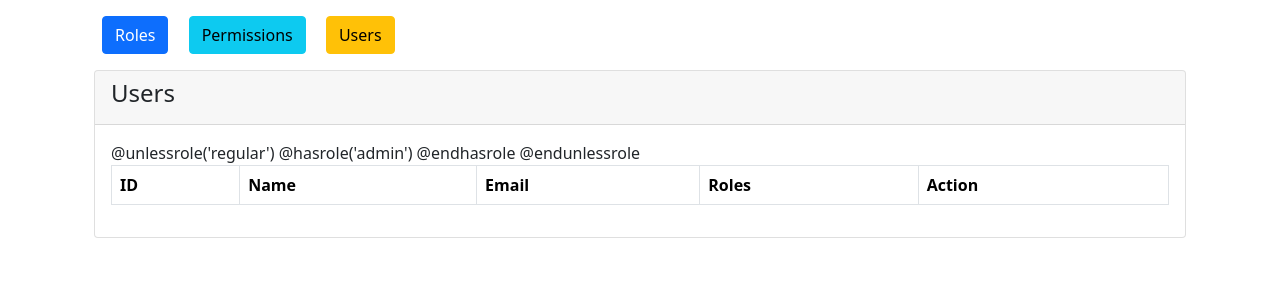
Repository: viisantos/permission_demo
Page: http://localhost/users
These files come from the project's save history. The page is drawn as it stood at one moment and after a run of saves; the edit follows.
The browser window is 1280 px wide. The pictures show the whole page.
The page is served by the project's Laravel application, run on PHP 8.4 with Laravel 10. Other server files are loaded and not shown. Queries for data that is not in the repository find no rows.

Above is the page before, as saved 2024-06-22 17:53:35.

### routes/web.php
<?php

use App\Http\Controllers\ProfileController;
use Illuminate\Support\Facades\Route;

/*
|--------------------------------------------------------------------------
| Web Routes
|--------------------------------------------------------------------------
|
| Here is where you can register web routes for your application. These
| routes are loaded by the RouteServiceProvider and all of them will
| be assigned to the "web" middleware group. Make something great!
|
*/

Route::get('/', function () {
    return view('welcome');
});

Route::get('/dashboard', function () {
    return view('dashboard');
})->middleware(['auth', 'verified'])->name('dashboard');

/*
Route::middleware('auth')->group(function () {

});*/

Route::group(['middleware' => ['role:super-admin|admin|regular']], function () {
    Route::get('/profile', [ProfileController::class, 'edit'])->name('profile.edit');
    Route::patch('/profile', [ProfileController::class, 'update'])->name('profile.update');
    Route::delete('/profile', [ProfileController::class, 'destroy'])->name('profile.destroy');
    Route::name('profile.destroy')->middleware('permission:delete role');
    Route::resource('permissions', App\Http\Controllers\PermissionController::class);
    //Route::get('permissions/{permissionId}/delete', [App\Http\Controllers\PermissionController::class, 'destroy']);
    Route::resource('roles', App\Http\Controllers\RoleController::class);
   // Route::get('roles/{roleId}/delete', [App\Http\Controllers\RoleController::class, 'destroy']);
    Route::get('roles/{role}/add-permissions', [App\Http\Controllers\RoleController::class, 'addPermissionToRole'])->name('roles.add-permissions');
    Route::put('roles/{role}/give-permissions', [App\Http\Controllers\RoleController::class, 'givePermissionToRole'])->name('roles.give-permissions');
    Route::resource('users', App\Http\Controllers\UserController::class);
    //Route::get('users/{userId}/delete', [App\Http\Controllers\UserController::class, 'destroy']);
});

require __DIR__.'/auth.php';

### app/Http/Controllers/UserController.php
<?php

namespace App\Http\Controllers;

use Illuminate\Http\Request;
use App\Models\User;
use Illuminate\Support\Facades\Hash;
use Spatie\Permission\Models\Role;

class UserController extends Controller
{
    public function __construct(){
        $this->middleware('permission:delete user', ['only' => ['destroy']]);
        $this->middleware('permission:update user', ['only' => ['update','edit']]);
        $this->middleware('permission:view user',   ['only' => ['index','show']]);
        $this->middleware('permission:create user', ['only' => ['create','store']]);
    }
    public function index(){
        $users = User::get();
        return view('role-permission.user.index', compact('users'));
    }

    public function create(){
        $roles = Role::pluck('name','name')->all();
        return view('role-permission.user.create', compact('roles'));
    }
    public function store(Request $request){
      /*
        $request->validate([
            'name' => 'required|string|max:255',
            'email' => 'required|email|max:255',
            'password' => 'required|string|min:8|max:20',
            'roles' => 'required'
        ]);*/


        $user = User::create([
            'name'  => $request->name,
            'email' => $request->email,
            'password' => Hash::make($request->password),
        ]);


        $user->syncRoles($request->roles);


        return redirect('/users')->with('status','User created successfully with roles');

    }

    public function edit(User $user){
        $roles = Role::pluck('name','name')->all();
        $userRoles = $user->roles->pluck('name','name')->all();
        return view('role-permission.user.edit', compact('user','roles','userRoles'));
    }

    public function update(Request $request, User $user){

        $data = [
            'name'  => $request->name,
            'email' => $request->email
        ];

        if(!empty($request->password)){
            $data += [
                'password' => Hash::make($request->password),
            ];
        }

        $user->update($data);
        $user->syncRoles($request->roles);

        return redirect('/users')->with('status','User updated successfully');
    }

    public function destroy(User $user){
        //$user = User::findOrFail($userId);
        $user->delete();
        return redirect('/users')->with('status','User deleted successfully');
    }
}

### resources/views/role-permission/user/index.blade.php
<head>
    <link href="https://cdn.jsdelivr.net/npm/bootstrap@5.3.2/dist/css/bootstrap.min.css" rel="stylesheet" integrity="sha384-T3c6CoIi6uLrA9TneNEoa7RxnatzjcDSCmG1MXxSR1GAsXEV/Dwwykc2MPK8M2HN" crossorigin="anonymous">
    <link rel="stylesheet" href="https://cdn.jsdelivr.net/npm/bootstrap@5.1.3/dist/css/bootstrap.min.css" />
</head>
@include('role-permission.nav-links')
<div class="container">
    <div class="row">
        <div class="col-md-12">
            @if(session('status'))
                <div class="alert alert-success">
                    {{ session('status') }}
                </div>
            @endif
            <div class="card mt-3">
                <div class="card-header">
                    <h4>Users</h4>
                    @can('create user')
                        <a href="{{ route('users.create') }}" class="btn btn-primary float-end">Add User</a>
                    @endcan
                </div>
                <div class="card-body">
                    <table class="table table-bordered table-striped">
                        <thead>
                            <tr>
                                <th>ID</th>
                                <th>Name</th>
                                <th>Email</th>
                                <th>Roles</th>

                                @unlessrole('regular')
                                    @hasrole('admin')
                                        <th>Action</th>
                                    @endhasrole
                                @endunlessrole

                            </tr>
                        </thead>
                        <tbody>
                            @foreach($users as $user)
                                <tr>
                                    <td>{{ $user->id }}</td>
                                    <td>{{ $user->name }}</td>
                                    <td>{{ $user->email }}</td>
                                    <td>
                                        @if(!empty($user->getRoleNames()))
                                            @foreach($user->getRoleNames() as $rolename)
                                                <label class="badge bg-primary mx-1">{{ $rolename }}</label>
                                            @endforeach
                                        @endif
                                    </td>
                                    @unlessrole('regular')
                                        @hasrole('admin')
                                            <td>
                                                @can('update user')
                                                    <a href="{{ route('users.edit', ['user' => $user->id]) }}" class="btn btn-success">Edit</a>
                                                @endcan
                                                @can('delete user')
                                                    <form action="{{ route('users.destroy', $user->id) }}" method="POST" style="display: inline;">
                                                        @csrf
                                                        @method('DELETE')
                                                        <button type="submit" class="btn btn-danger">Delete</button>
                                                    </form>
                                                @endcan
                                            </td>
                                        @endhasrole
                                    @endunlessrole
                                </tr>
                            @endforeach
                        </tbody>
                    </table>
                </div>
            </div>
        </div>
    </div>
</div>

### resources/views/role-permission/nav-links.blade.php
<div class="container mt-3">
    <a href="{{ route('roles.index') }}" class="btn btn-primary mx-2">Roles</a>
    <a href="{{ route('permissions.index') }}" class="btn btn-info mx-2">Permissions</a>
    <a href="{{ route('users.index') }}" class="btn btn-warning mx-2">Users</a>
</div>

Loaded but not shown: routes/auth.php (common file); app/Http/Controllers/Auth/EmailVerificationPromptController.php (common file); app/Http/Controllers/Controller.php (common file); app/Http/Controllers/Auth/VerifyEmailController.php (common file); app/Models/User.php (common file)

After the next 2 saves:
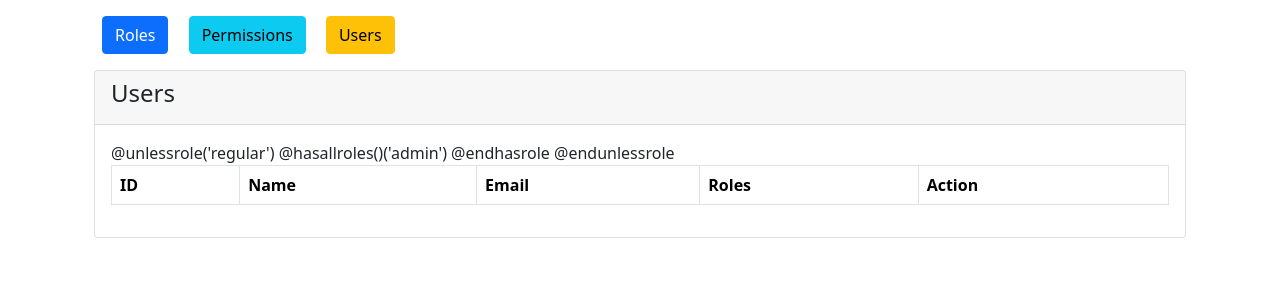
The 2 saves are shown as one change because they came seconds apart.
The last was saved 8 s later.
--- a/resources/views/role-permission/user/index.blade.php
+++ b/resources/views/role-permission/user/index.blade.php
@@ -28,7 +28,7 @@
                                 <th>Roles</th>
 
                                 @unlessrole('regular')
-                                    @hasrole('admin')
+                                    @hasallroles()('admin')
                                         <th>Action</th>
                                     @endhasrole
                                 @endunlessrole
